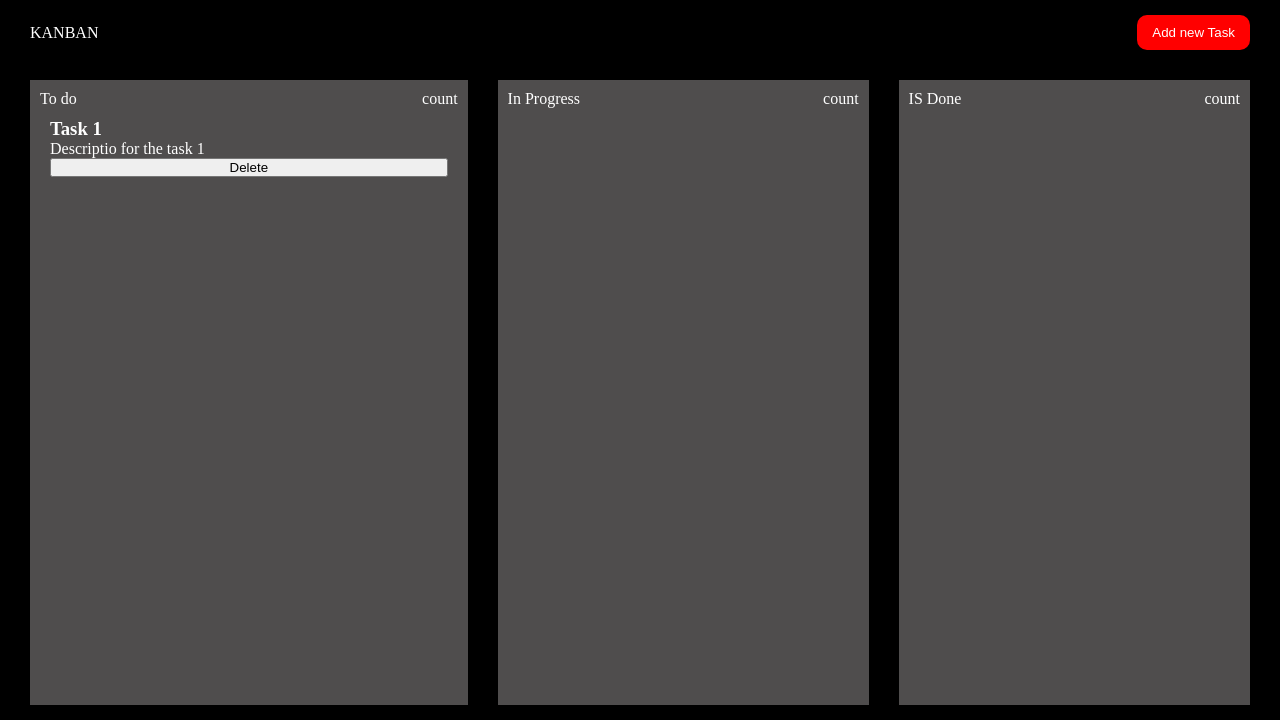
Repository: Sandeepji-5/Kanban-board
Page: index.html
The author's editor kept a copy of each file at every save. The page is drawn from the files as they stood at one save, then again after the next save.
The browser window is 1280 px wide. The pictures show the whole page.

Above is the page before, as saved 2025-12-08 18:42:07.

### index.html
<!DOCTYPE html>
<html lang="en">
<head>
    <meta charset="UTF-8">
    <meta name="viewport" content="width=device-width, initial-scale=1.0">
    <title>Document</title>
    <link rel="stylesheet" href="style.css">
</head>
<body>
    <main>
        <nav>
            <div class="left">KANBAN</div>
            <div class="right"><button>Add new Task</button></div>
        </nav>
        <section class="board">
            <div class="task-column">
                <div class="heading">
                    <div class="left">To do </div>
                    <div class="right">count</div>
                </div>
                <div class="task">
                    <h3>Task 1</h3>
                    <p>Descriptio for the task 1 </p>
                    <button>Delete</button>
                </div>
            </div>
            <div class="task-column">
                <div class="heading">
                    <div class="left">In Progress</div>
                    <div class="right">count</div>
                </div>
            </div>
            <div class="task-column">
                <div class="heading">
                    <div class="left">IS Done </div>
                    <div class="right"> count</div>
                </div>
            </div>
        </section>


    </main>
    <script src="kanban.js"></script>
</body>
</html>

### style.css
* {
    margin: 0;
    padding: 0;

    box-sizing: border-box;
}

html,
body {
    width: 100%;
    height: 100%;

}

:root {
    --bg-color: #0000000;
    --bg-button-color: rgb(79, 77, 77);
    --primary-text-color: #f4f4f4;
    --bg-task-color:gray;
    /* padding 1 rem 2 rem */
    --nav-padding: 15px 30px;
    --section-padding: 15px 30px;
    --padding-s: 5px;
    --padding-m: 10px;
    --padding-l: 15px;
    --padding-xl: 20px;
    --padding-xxl: 30px;


    /* border radius variable  */



    --border-radius-s:5px;
    --border-radius-m:10px;
    --border-radius-l:15px;
    --border-radius-xl:20px;
    --border-radius-xxl:30px;


}

body {
    background-color: black;
    color: white;
}
main{
    display: flex;
    height: 100%;
    width: 100%;
    flex-direction: column;


}

nav{
    padding: var(--nav-padding);
    display: flex;
    align-items: center;
    justify-content: space-between;

}
nav button{
    background-color: red;
    color: white;
    border: none;
    outline: none;
    padding: var(  --padding-m) var(  --padding-l);
    cursor: pointer;
    border-radius:var(--border-radius-m) ;

}


section{
    padding:var(--section-padding);
    /* height: 100%; */
    display: flex;
    flex-grow: 1;
    justify-content: space-between;

    gap: var(--padding-xxl);

}
section .task-column{
    padding: var(--padding-m);
    background-color: var(--bg-button-color);
    flex-grow: 1  ;
    padding: var(--padding-m)      ;

}
section .task-column .heading{
    display: flex;
    justify-content: space-between ;
}


section .task-column  .task{

    display: flex;
    flex-direction: column;
    padding: var(--padding-m);
    border-radius: var(--border-radius-m);
    background-color: var(--bg-ta);

}

Loaded but not shown: kanban.js (no copy from this time; the picture is the same without it)

After the next save:
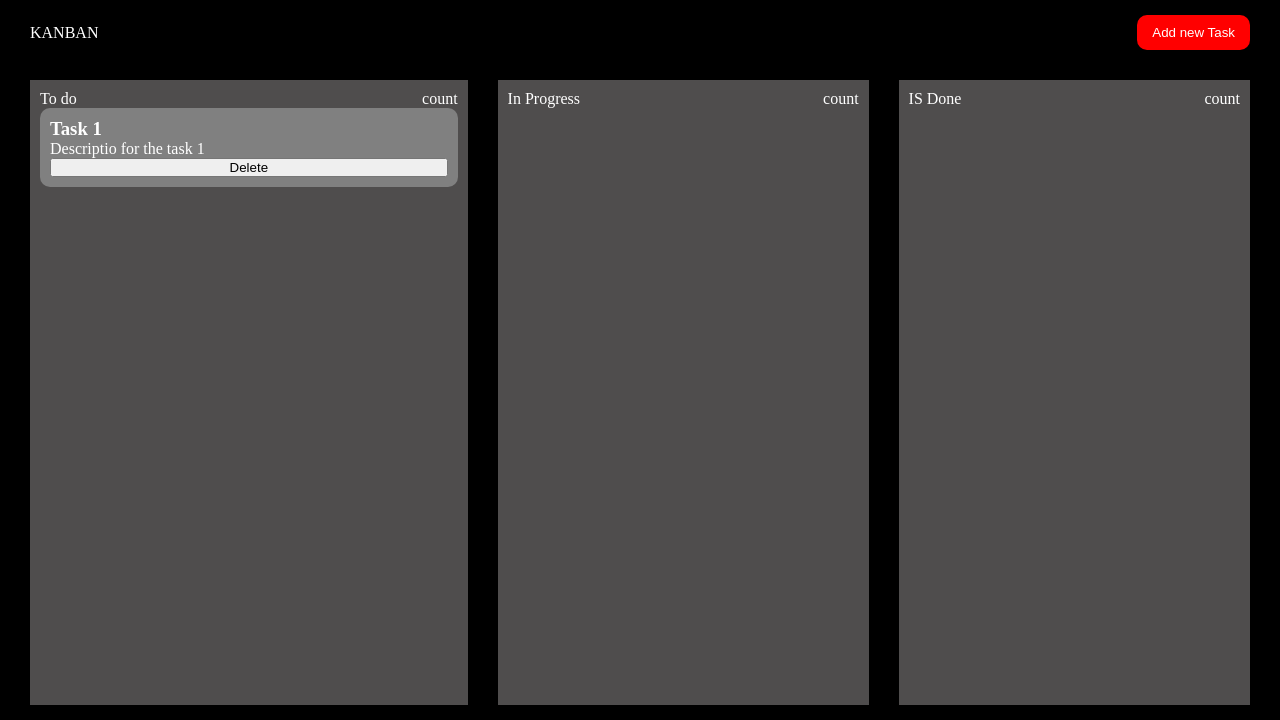
Saved 14 s later.
--- a/style.css
+++ b/style.css
@@ -101,6 +101,6 @@ section .task-column  .task{
     flex-direction: column;
     padding: var(--padding-m);
     border-radius: var(--border-radius-m);
-    background-color: var(--bg-ta);
+    background-color: var(--bg-task-color);
 
 }
